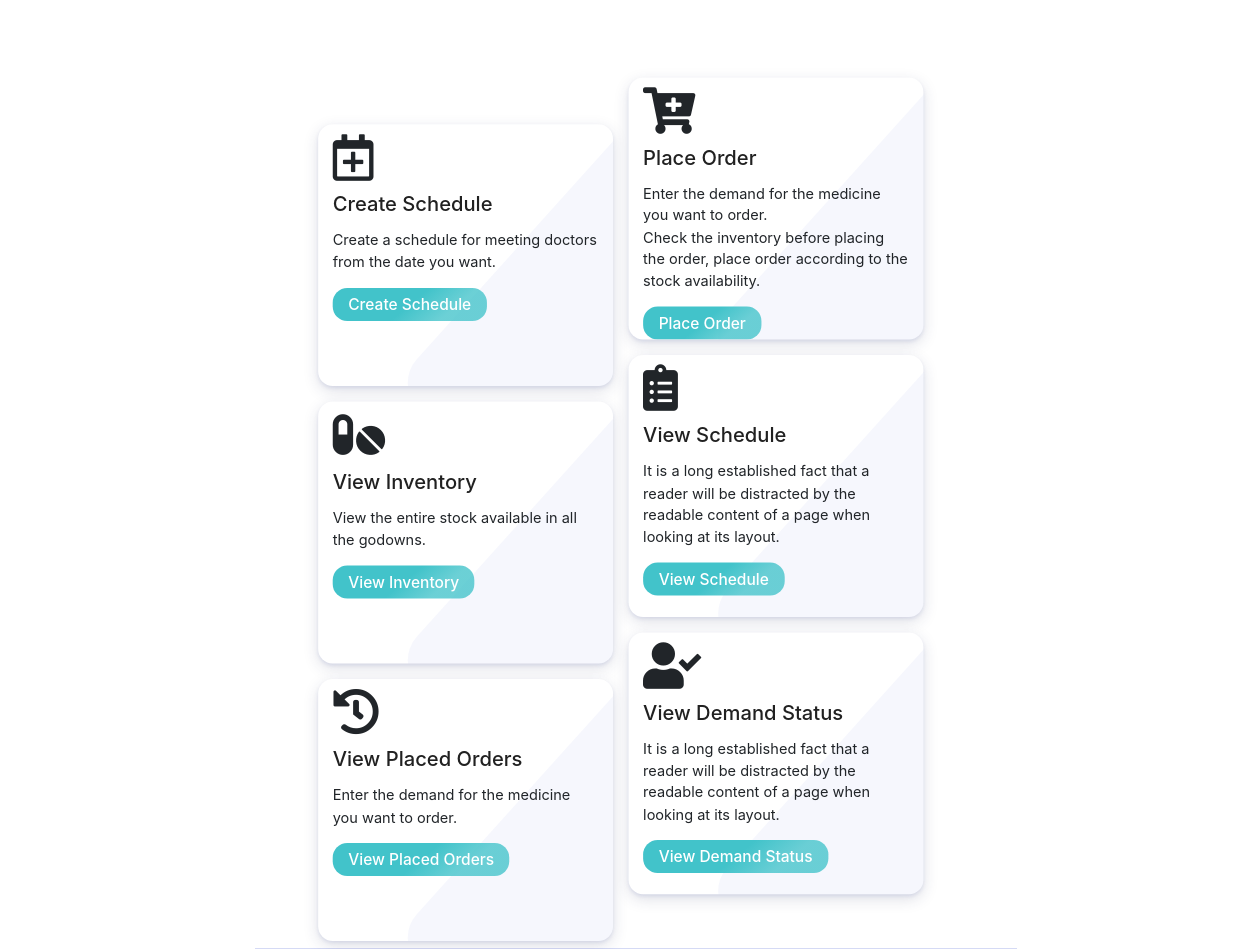
Repository: suffiyanshaikh01/Pharmacy-Project
Page: http://localhost/PharmacyMedicineSupply-WebPortal/WEB-INF/JSP/newHomePage.jsp
An editor plug-in stored every save of this project. The page is shown before and after the next save, followed by the edit.
The browser window is 1280 px wide. The page is 1295 px wide, so the pictures cover 1295 px, including what lies to the right of the window. The pictures show the whole page, at 97% of full size.
Some web libraries are served in a nearby version. The page is served by Tomcat 9. Nobody is signed in. Other server files are loaded and not shown. The template is opened directly, without the code that normally fills it, so the values that code supplies are empty.

Above is the page before, as saved 2021-05-29 10:45:44.

### PharmacyMedicineSupply-WebPortal/src/main/webapp/WEB-INF/JSP/newHomePage.jsp
<%@ page language="java" contentType="text/html; charset=ISO-8859-1"
    pageEncoding="ISO-8859-1"%>
<!DOCTYPE html>
<html>
<head>
<link rel="stylesheet" href="https://maxcdn.bootstrapcdn.com/bootstrap/4.3.1/css/bootstrap.min.css">
<link rel="stylesheet" href="https://use.fontawesome.com/releases/v5.12.1/css/all.css" crossorigin="anonymous">
<style type="text/css">
.section_our_solution .row {
  align-items: center;
}

.our_solution_category {
  display: flex;
  flex-direction: row;
  flex-wrap: wrap;
}
.our_solution_category .solution_cards_box {
  display: flex;
  flex-direction: column;
  justify-content: center;
}
.solution_cards_box .solution_card {
  flex: 0 50%;
  background: #fff;
  box-shadow: 0 2px 4px 0 rgba(136, 144, 195, 0.2),
    0 5px 15px 0 rgba(37, 44, 97, 0.15);
  border-radius: 15px;
  margin: 8px;
  padding: 10px 15px;
  position: relative;
  z-index: 1;
  overflow: hidden;
  min-height: 265px;
  transition: 0.7s;
}

.solution_cards_box .solution_card:hover {
  background: #309df0;
  color: #fff;
  transform: scale(1.1);
  z-index: 9;
}

.solution_cards_box .solution_card:hover::before {
  background: rgb(85 108 214 / 10%);
}

.solution_cards_box .solution_card:hover .solu_title h3,
.solution_cards_box .solution_card:hover .solu_description p {
  color: #fff;
}

.solution_cards_box .solution_card:before {
  content: "";
  position: absolute;
  background: rgb(85 108 214 / 5%);
  width: 170px;
  height: 400px;
  z-index: -1;
  transform: rotate(42deg);
  right: -56px;
  top: -23px;
  border-radius: 35px;
}

.solution_cards_box .solution_card:hover .solu_description button {
  background: #fff !important;
  color: #309df0;
}

.solution_card .so_top_icon {
}

.solution_card .solu_title h3 {
  color: #212121;
  font-size: 1.3rem;
  margin-top: 13px;
  margin-bottom: 13px;
}

.solution_card .solu_description p {
  font-size: 15px;
  margin-bottom: 15px;
}

.solution_card .solu_description button {
  border: 0;
  border-radius: 15px;
  background: linear-gradient(
    140deg,
    #42c3ca 0%,
    #42c3ca 50%,
    #42c3cac7 75%
  ) !important;
  color: #fff;
  font-weight: 500;
  font-size: 1rem;
  padding: 5px 16px;
}

.our_solution_content h1 {
  text-transform: capitalize;
  margin-bottom: 1rem;
  font-size: 2.5rem;
}
.our_solution_content p {
}

.hover_color_bubble {
  position: absolute;
  background: rgb(54 81 207 / 15%);
  width: 100rem;
  height: 100rem;
  left: 0;
  right: 0;
  z-index: -1;
  top: 16rem;
  border-radius: 50%;
  transform: rotate(-36deg);
  left: -18rem;
  transition: 0.7s;
}

.solution_cards_box .solution_card:hover .hover_color_bubble {
  top: 0rem;
}

.solution_cards_box .solution_card .so_top_icon {
  width: 60px;
  height: 60px;
  border-radius: 50%;
  background: #fff;
  overflow: hidden;
  display: flex;
  align-items: center;
  justify-content: center;
}

.solution_cards_box .solution_card .so_top_icon img {
  width: 40px;
  height: 50px;
  object-fit: contain;
}

/*start media query*/
@media screen and (min-width: 320px) {
  .sol_card_top_3 {
    position: relative;
    top: 0;
  }

  .our_solution_category {
    width: 100%;
    margin: 0 auto;
  }

  .our_solution_category .solution_cards_box {
    flex: auto;
  }
}
@media only screen and (min-width: 768px) {
  .our_solution_category .solution_cards_box {
    flex: 1;
  }
}
@media only screen and (min-width: 1024px) {
  .sol_card_top_3 {
    position: relative;
    top: -3rem;
  }
  .our_solution_category {
    width: 50%;
    margin: 0 auto;
  }
}

</style>
<meta charset="ISO-8859-1">
<title>Homepage</title>
</head>
<body>
<br><br><br><br><br>
<div class="section_our_solution">
  <div class="row">
    <div class="col-lg-12 col-md-12 col-sm-12">
      <div class="our_solution_category">
        <div class="solution_cards_box">
         <!--card start  -->
          <div class="solution_card">
            <div class="hover_color_bubble"></div>
            <div><i class="far fa-calendar-plus fa-3x"></i></i></div>
            <div class="solu_title">
              <h3>Create Schedule</h3>
            </div>
            <div class="solu_description">
              <p>
                Create a schedule for meeting doctors<br>
                 from the date you want.
              </p>
              <button type="button" class="read_more_btn">Create Schedule</button>
            </div>
          </div>

          <!--card end  -->

          <div class="solution_card">
            <div class="hover_color_bubble"></div>
            <div><i class="fas fa-pills fa-3x"></i></div>
            <div class="solu_title">
              <h3>View Inventory</h3>
            </div>
            <div class="solu_description">
              <p>
                View the entire stock available in all the godowns.
              </p>
              <button type="button" class="read_more_btn">View Inventory</button>
            </div>
          </div>

          <div class="solution_card">
            <div class="hover_color_bubble"></div>
            <div><i class="fas fa-history fa-3x"></i></div>
            <div class="solu_title">
              <h3>View Placed Orders</h3>
            </div>
            <div class="solu_description">
              <p>
                Enter the demand for the medicine you want to order.
              </p>
              <button type="button" class="read_more_btn">View Placed Orders</button>
            </div>
          </div>

        </div>
        <!--  -->
        <div class="solution_cards_box sol_card_top_3">
          <div class="solution_card">
            <div class="hover_color_bubble"></div>
            <div><i class="fas fa-cart-plus fa-3x"></i></div>
            <div class="solu_title">
              <h3>Place Order</h3>
            </div>
            <div class="solu_description">
              <p>
                Enter the demand for the medicine you want to order.<br>
                Check the inventory before placing the order, place order according to the stock availability.
              </p>
              <button type="button" class="read_more_btn">Place Order</button>
            </div>
          </div>
          <div class="solution_card">
            <div class="hover_color_bubble"></div>
            <div><i class="fas fa-clipboard-list fa-3x"></i></div>
            <div class="solu_title">
              <h3>View Schedule</h3>
            </div>
            <div class="solu_description">
              <p>
                It is a long established fact that a reader will be distracted by the readable content of a page when looking at its layout.
              </p>
              <button type="button" class="read_more_btn">View Schedule</button>
            </div>
          </div>
          <!--5th card  -->
          <div class="solution_card">
            <div class="hover_color_bubble"></div>
            <div><i class="fas fa-user-check fa-3x"></i></div>
            <div class="solu_title">
              <h3>View Demand Status</h3>
            </div>
            <div class="solu_description">
              <p>
                It is a long established fact that a reader will be distracted by the readable content of a page when looking at its layout.
              </p>
              <button type="button" class="read_more_btn">View Demand Status</button>
            </div>
          </div>
          <!--end  -->
        </div>
      </div>
    </div>
  </div>
</div>


</body>
</html>

After the next save:
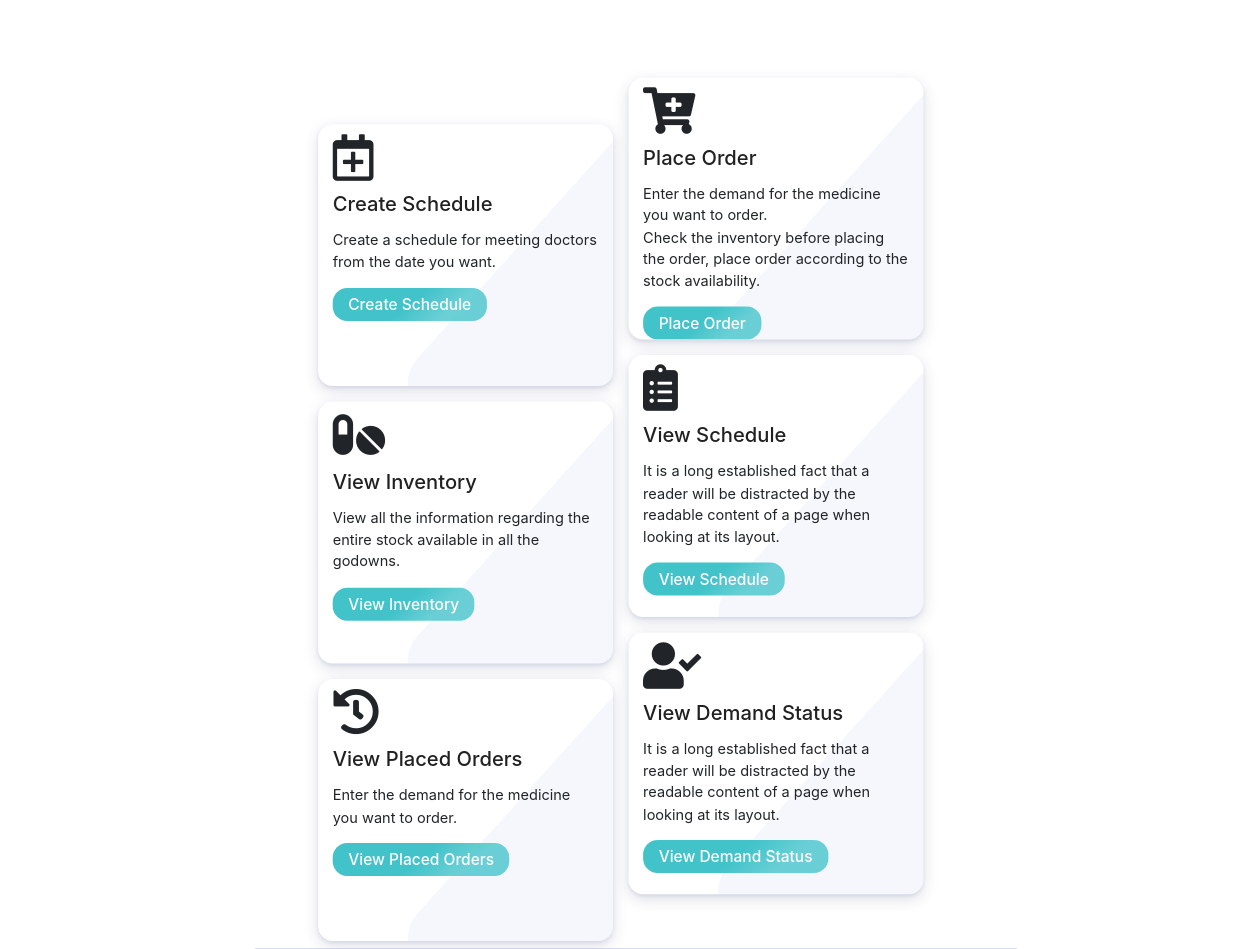
Saved 58 s later.
--- a/PharmacyMedicineSupply-WebPortal/src/main/webapp/WEB-INF/JSP/newHomePage.jsp
+++ b/PharmacyMedicineSupply-WebPortal/src/main/webapp/WEB-INF/JSP/newHomePage.jsp
@@ -212,7 +212,7 @@
             </div>
             <div class="solu_description">
               <p>
-                View the entire stock available in all the godowns.
+                View all the information regarding the<br>entire stock available in all the godowns.
               </p>
               <button type="button" class="read_more_btn">View Inventory</button>
             </div>
